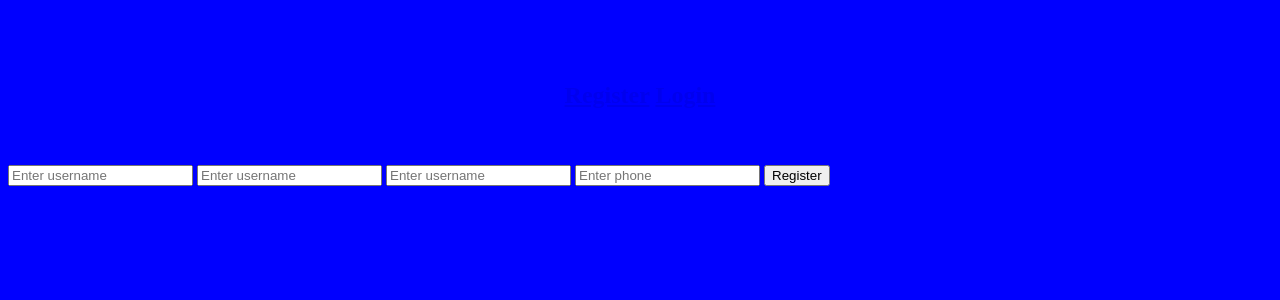
Repository: Alphavhiskey/Java
Page: eclipse-workspace/bookApplication/src/main/webapp/register.html
An editor plug-in stored every save of this project. The page is shown before and after the next save, followed by the edit.
The browser window is 1280 px wide. The pictures show the whole page.

Above is the page before, as saved 2023-01-19 02:13:23.

After the next save:
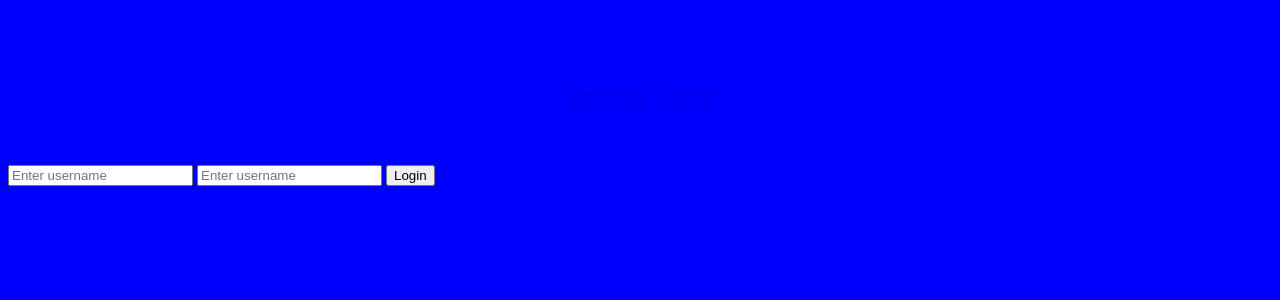
Saved 75 s later.
--- a/eclipse-workspace/bookApplication/src/main/webapp/register.html
+++ b/eclipse-workspace/bookApplication/src/main/webapp/register.html
@@ -10,12 +10,11 @@
 <a href="register.html">Register</a>
 <a href="login.html">Login</a></h2>
 <br><br>
-<form action="./insert" method="get">
+<form action="./select" method="get">
 <input type="text" name="username" placeholder="Enter username">
 <input type="password" name="password" placeholder="Enter username">
-<input type="email" name="email" placeholder="Enter username">
-<input type="number" name="phone" placeholder="Enter phone">
-<input type="submit" value="Register">
+
+<input type="submit" value="Login">
 </form>
 </body>
 </html>
